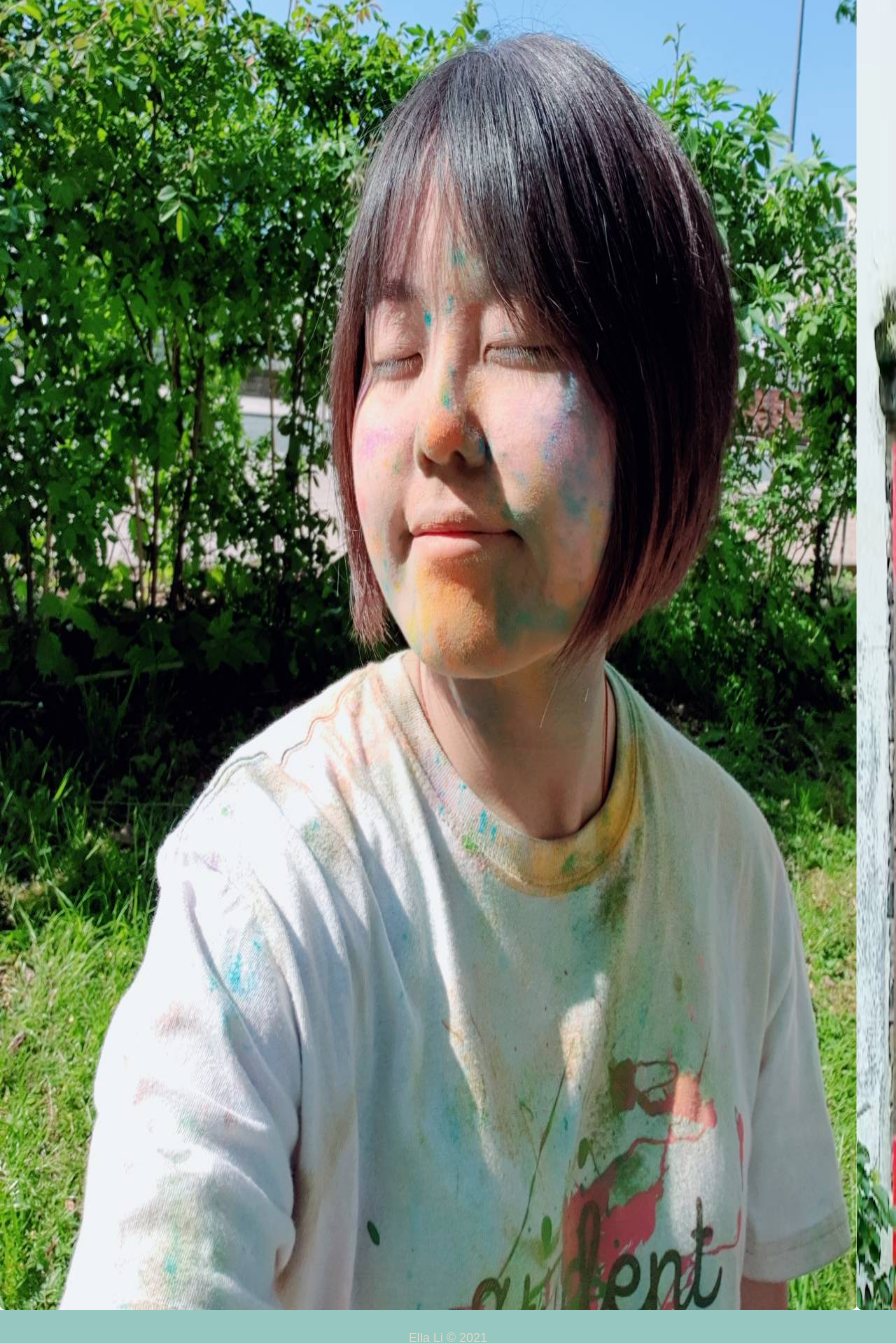
Repository: jiaqili0803/SI_539
Page: project/about.html
An editor plug-in stored every save of this project. The page is shown before and after the next save, followed by the edit.
The browser window is 1280 px wide. The pictures show the part of the page from y = 1429 to 3349 px (the page is 3349 px tall), at 70% of full size.

Above is the page before, as saved 2021-12-10 16:51:21.

After the next save:
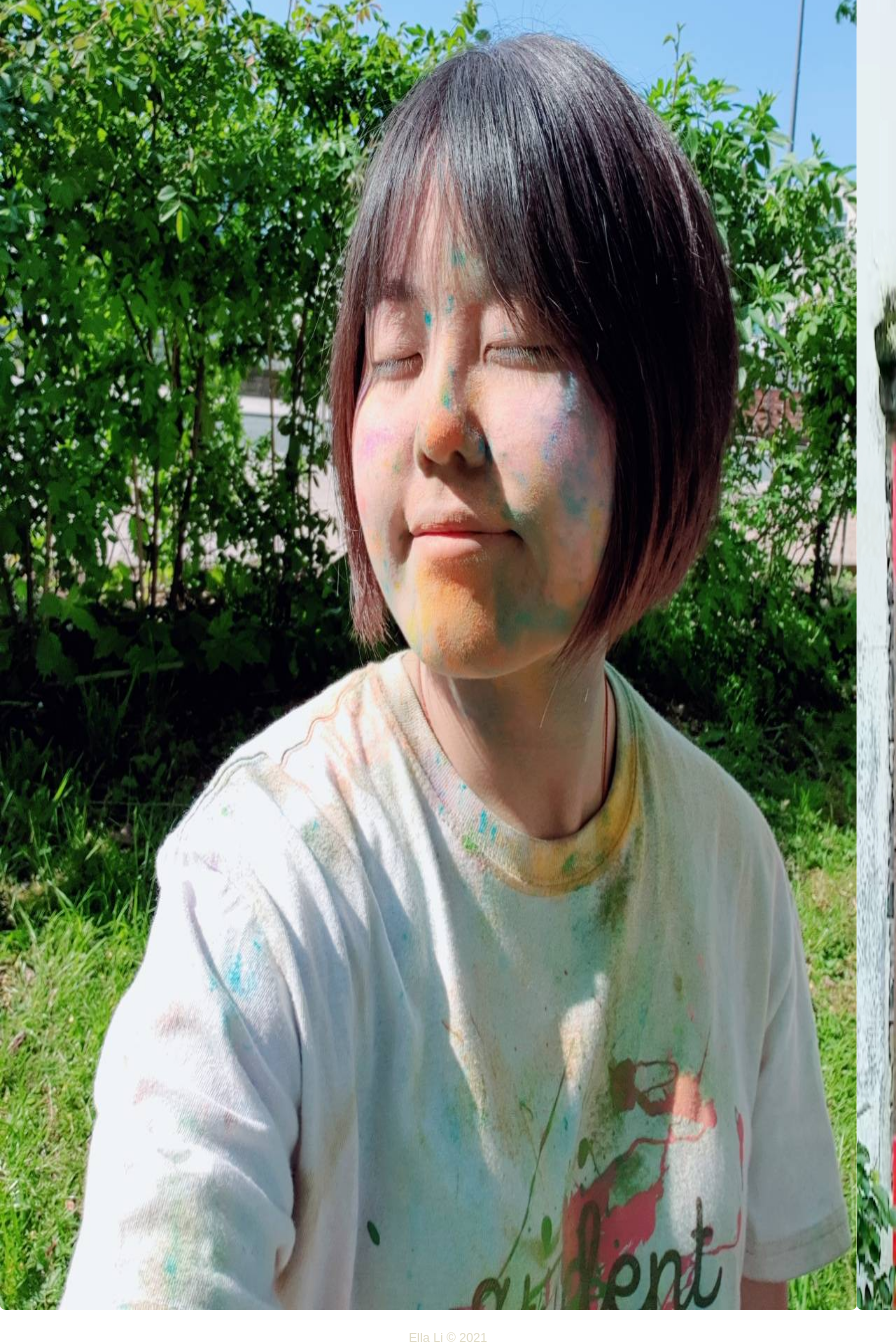
Saved 2 min 23 s later.
--- a/project/css/style.css
+++ b/project/css/style.css
@@ -18,6 +18,14 @@ h2{
   line-height: 1.5;
 }
 
+/* nav */
+nav{
+  /* background-color:#96C7C1; */
+  padding: 25px 0;
+  text-align: right;
+
+}
+
 nav ul{
   list-style-type: none;
 }
@@ -27,16 +35,19 @@ nav li{
   padding-right: 20px;
 }
 
-nav{
-  /* background-color:#96C7C1; */
-  padding: 25px 0;
-  text-align: right;
-
+nav a{
+  color: #DED9C4;
+  font-weight: bold;
+  text-decoration: none;
 }
 
+nav a:hover {
+  text-decoration: underline;
+}
 
+/* footer */
 footer{
-  background-color: #96C7C1;
+  /* background-color: #96C7C1; */
   color: #DED9C4;
   padding-top: 30px;
   text-align: center;
@@ -44,22 +55,13 @@ footer{
 
 
 
-nav a{
-  color: #DED9C4;
-  font-weight: bold;
-  text-decoration: none;
-}
-
-
-nav a:hover {
-    text-decoration: underline;
-}
-
+/* img */
 img {
   border-radius: 8px;
   max-width: 100%;
   height: auto;
 }
+
 
 .active-page{
   background-color:white;
